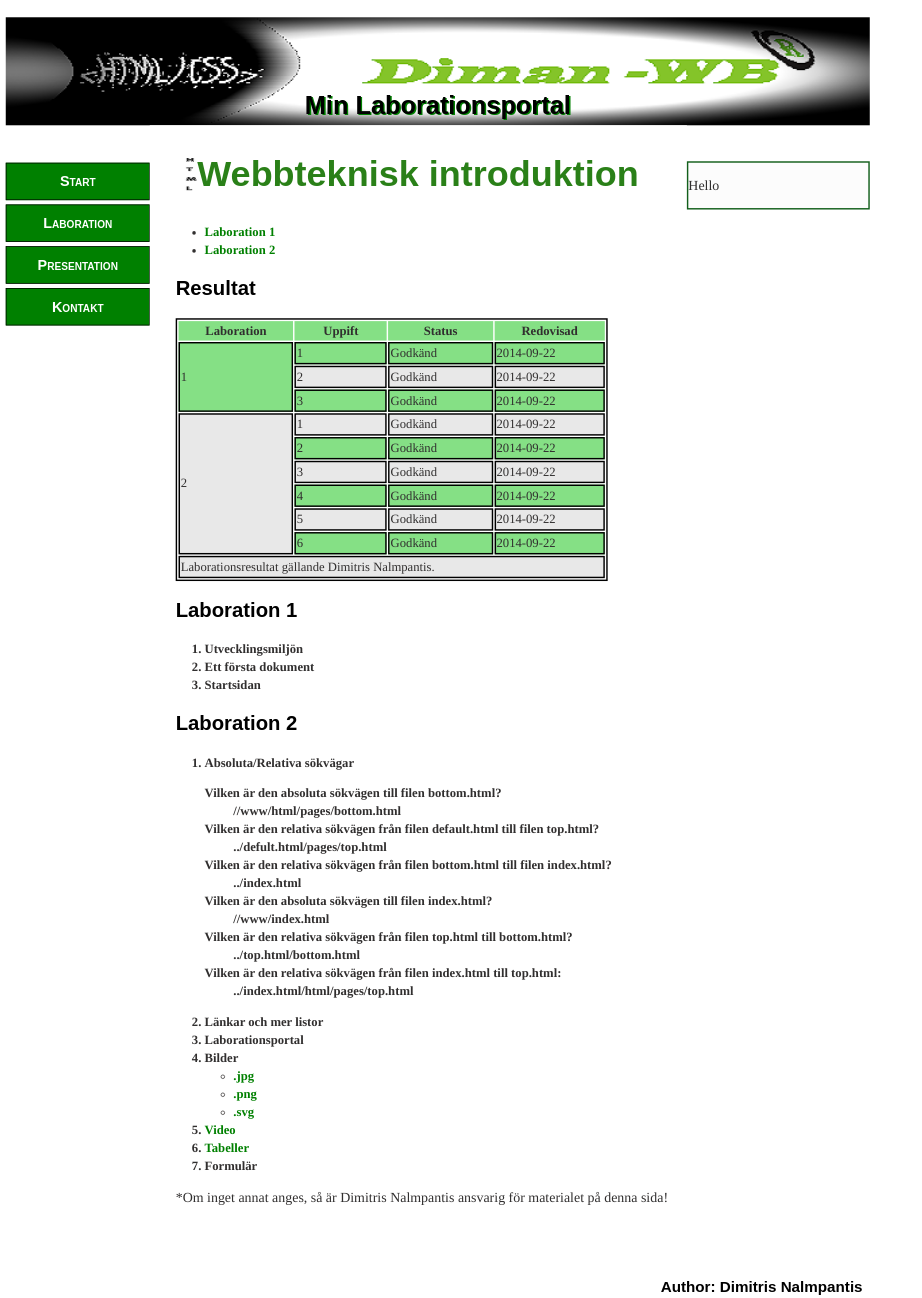
Repository: dn222em/1ik415-laborationer
Page: pages/laborationer.html
The author's editor kept a record of every edit. The page is drawn from the files as they stood at one moment, then again after the next edit.
The browser window is 1280 px wide. The pictures show the whole page, at 72% of full size.

Above is the page before.

### pages/laborationer.html
<!doctype html>
<html lang="sv">
	<head>
		<meta charset="utf-8" />
			<title>Laborationer</title>
				<link rel="stylesheet" href="../CSS/style.css"/>
	</head>
		<body>
<div id="container">
	<div id="top">

		<h1 id="title">Min Laborationsportal</h1>
	</div>

	<div id="navigation">
		<ul class="menu">
			<li><a href="../index.html" class="active">Start</a></li>
			<li><a href="../pages/laborationer.html" class="active">Laboration</a></li>
			<li><a href="../pages/Presentation.html" class="active">Presentation</a></li>
			<li><a href="../pages/Kontakt.html" class="active">Kontakt</a></li>
		</ul>
	</div>
	<div id="content">
				<h2 class="minilogo">Webbteknisk introduktion</h2>

	    			<ul>
	    			    <li><a href="#one">Laboration 1</a></li>
	    			    <li><a href="#two">Laboration 2</a></li>
	    			</ul>
				<h3><a id="tabell-1">Resultat</a></h3>
	    			<table class="tables">
	    			<thead>
	    				<tr class="single">
	    					<th>Laboration</th>
	    					<th>Uppift</th>
	    					<th>Status</th>
	    					<th>Redovisad</th>
	    				</tr>
					</thead>
					<tfoot>
	    				<tr class="doubbel">
	    					<td colspan="4">
	    						Laborationsresultat gällande Dimitris Nalmpantis.
	    					</td>
	    				</tr>
	    			</tfoot>
	    			<tbody>
	    				<tr class="single">
	    					<td rowspan="3"> 1 </td>
	    					<td>1</td>
	    					<td>Godkänd</td>
	    					<td>2014-09-22</td>
	    				</tr>
	    				<tr class="doubbel">
	    					<td>2</td>
	    					<td>Godkänd</td>
	    					<td>2014-09-22</td>
	    				</tr>
	    				<tr class="single">
	    					<td>3</td>
	    					<td>Godkänd</td>
	    					<td>2014-09-22</td>
	    				</tr>
	    				<tr class="doubbel">
	    					<td rowspan="6"> 2</td>
	    					<td>1</td>
	    					<td>Godkänd</td>
	    					<td>2014-09-22</td>
	    				</tr>
						<tr class="single">
	    					<td>2</td>
	    					<td>Godkänd</td>
	    					<td>2014-09-22</td>
	    				</tr>
						<tr class="doubbel">
	    					<td>3</td>
	    					<td>Godkänd</td>
						<td>2014-09-22</td>
	    				</tr>
						<tr class="single">
	    					<td>4</td>
	    					<td>Godkänd</td>
						<td>2014-09-22</td>
	    				</tr>
						<tr class="doubbel">
	    					<td>5</td>
	    					<td>Godkänd</td>
							<td>2014-09-22</td>
	    				</tr>
						<tr class="single">
	    					<td>6</td>
	    					<td>Godkänd</td>
	    					<td>2014-09-22</td>
	    				</tr>
					</tbody>
	    			</table>
	    	<h3> <a id="one">Laboration 1</a></h3>

	    	        <ol>
	    	        	<li>Utvecklingsmiljön</li>
	    	        	<li>Ett första dokument</li>
	    	        	<li>Startsidan</li>
	    	        </ol>

	    	<h3> <a id="two">Laboration 2</a></h3>

	    	       	<ol>
						<li>Absoluta/Relativa sökvägar
							<dl>
							<dt> Vilken är den absoluta sökvägen till filen bottom.html?</dt>
								<dd>//www/html/pages/bottom.html</dd>
							<dt>Vilken är den relativa sökvägen från filen default.html till filen top.html?</dt>
								<dd>../defult.html/pages/top.html</dd>
							<dt>Vilken är den relativa sökvägen från filen bottom.html till filen index.html?</dt>
								<dd>../index.html</dd>
							<dt>Vilken är den absoluta sökvägen till filen index.html?</dt>
								<dd>//www/index.html</dd>
							<dt>Vilken är den relativa sökvägen från filen top.html till bottom.html?</dt>
								<dd>../top.html/bottom.html</dd>
							<dt>Vilken är den relativa sökvägen från filen index.html till top.html:</dt>
								<dd>../index.html/html/pages/top.html</dd>
							</dl>
						<li>Länkar och mer listor</li>
						<li>Laborationsportal</li>
						<li>Bilder
							<ul>
								<li><a href="Presentation.html#bild">.jpg</a></li>
								<li><a href="../index.html#logo">.png</a></li>
								<li><a href="../index.html#svg1">.svg</a></li>
							</ul>
						<li><a href="../index.html#animals">Video</a></li>
						<li><a href="#tabell-1">Tabeller</a></li>
						<li>Formulär</li>
	    	        </ol>

	    	<p>*Om inget annat anges, så är Dimitris Nalmpantis ansvarig för materialet på denna sida!</p>
	</div>

	<div id="sidebar">
		<p>Hello</p>
	</div>
	<div id="footer">
	    <h6>Author: Dimitris Nalmpantis</h6>
	</div>
</div>
	</body>
</html>

### CSS/style.css

/*Layout
 Using: Two columns floating layout
Total width: 1100px
-----------------------------------------------------------------------------------------------------------*/
/*Container white (#FFFFF)
*Top -  green { #125F1B } --> Title( #2A8018)
*Navigation green
*Content - #FFFFF
*footer-white { #fff }
*Siderbar #fcfcfc (white.gray)

------------------------------------------------------------------*/
#container {
width: 1200px;
background-color:white;
margin-right:0px;
margin-left:0px;
position:relative;


}

/*Top
-------------------------------------------------------------------*/
#top {

	height: 150px;
	background-color: #125F1B;
	background: url('../pics/logo.png') no-repeat; background-size:1200px 150px;

}

#title {
	font-family: "arial", "helvetica", "serif"; color: black;
	font-size:2em;
	text-shadow: 2px 2px green;
	text-align:center;
	padding-top: 90px;
}

/*Navigation -Menu
-------------------------------------------------------------------*/
#navigation {
	margin-top: 1px;
	width: 200px;	height:auto;
	float: left;
	background-color:#FFF;
	padding:0px;
	padding-top:50px;
}

/*Content
-------------------------------------------------------------------*/
#content {
	background-color: #FFF;
	width: 710px;
	margin-bottom: 20px;
	float: left;
	padding:0px;
	padding-left:36px;


}

/*Sidebar
-------------------------------------------------------------------*/
#sidebar {
	background-color: #fcfcfc;
	font-family: "arial", "helvetica", "sans-serif"; color: white;
	border: 2px solid #125F1B;
	margin-top: 50px;
	width: 250px;
	float: right;
	padding:0px;


}

/*Footer
--------------------------------------------------------------------*/
#footer {
clear:both;
padding:10px;
background-color:#fff;
color:white;
text-align:right;
height:60px;

}

/*Menu attributes
------------------------------------------------------*/
.menu {
	float:left;
	font-family: "arial", "helvetica", "serif"; font-variant:small-caps;
	font-size: 20px; font-weight:bold;
	margin-top:1px;
	margin-left:0px;
	padding:0px;

}

.menu li {
	text-decoration:none;
	list-style-type:none;
	height: 58px; line-height: 50px;
	padding-top:0px;	padding-left:0px;	padding-right:0px;

}
.menu li a {
	display:block;
	border:solid 1px black;	text-align:center;	width: 198px;
background-color:green; 	color:white;

}

.menu li a:visited{ color:white; background-color:green;}

.menu li a:active{ background-color:white;	color:black;}

.menu li a:hover{ background-color:white;color:green;}

.menu li a:focus { background-color:black;	color:green;}



/*Typografi
---------------------------------------------------------------------------------------------------------*/
/*Links
-------------------------------*/
a:link {color:green; text-decoration:none;}
a:visited {color:#CB29D5;} /*lila*/
a:hover{color:red;}
a:focus {color:blue;}
a:active{color:#29D17;} /*light-green*/

/*Headers
------------------------------*/
body {font-family :"times", "georgia", "serif", "Lucida Sans Unicode", "Lucida Grande";
	line-height: 25px; color: #312F2F; font-size: 1.1em; width:674px;}

h1, h2, h3, h4, h5, h6 {font-family: "arial", "tahoma", "helvetica", "san serif", "verdana";
font-weight:bold; color: #2A8018; line-height: 1.8em;  font-size: 1.8em;} /*tema-green*/

h2 {line-height: 28px;  font-size: 28px;}
h3 {line-height: 26px;  color:  black; font-size: 1.6em;}
h4 {line-height: 25px;  color:  black; font-size: 1.4em;}
h5 {line-height: 25px;  color:  black; font-size: 1.3em; text-transform:uppercase;}
h6 {line-height: 25px;  color:  black; font-size: 1.2em; font-weight:none;}

/*Body
-----------------------------*/
p {font-family :"times", "georgia", "serif", "Lucida Sans Unicode", "Lucida Grande";
			line-height: 25px; color: #312F2F; font-size: 1.1em; 	} /*grey-black*/

#content ol, ul{font-family: "arial", "tahoma", "helvetica", "san serif", "verdana";
			line-height: 25px; color: #4829D1; font-size: 1em;}

#content li, dl, dt  {font-family :"times", "georgia", "serif", "Lucida Sans Unicode", "Lucida Grande";
			line-height: 25px; color: #312F2F; font-size: 1em; font-weight:bold;}

/*Media
------------------------------*/
img { max-width:710px;}

video {max-width:710px;}

/*Speciall typografi- classes
-----------------------------*/
#special {font-family:"sans-serif"; font-size: 40px; font-weight:bold;}

#ps {text-align:right; font-family:"arial", "tahoma", "helvetica", "san serif", "verdana";
			font-size: 0.8em; }


/*Speciall media - classes
-----------------------------*/
.sociall {width: 350px; height: 250px;
	  background-image: url("pics/social-networks.jpg");
	  background-repeat:no-repeat;
	  background-size: 350px; float: right;
			border:solid 8px green;}

#bild  {width: auto; height: auto;
		 float: right;
			border:solid 8px green;
			max-width:100%;
			max-height:auto;}

.minilogo { background-image:url("pics/minilogob.jpg"); /*minilogo på första titeln*/
		background-repeat: no-repeat;/* repeat, repeat-x, repeat-y */
		background-position: top left; /* right, bottom, center ... */
		background-size: 40px 50px;
		text-indent: 30px;
		font-size: 50px;
		line-height:53px;}

		.ram {border-style:double; background-color: rgb(194, 187, 187);
			margin:20px; border-width:8px; padding:20px; }

		.right{width: 250px; height: 250px;
		 float: right;
			border:solid 2px olive;}



/*Speciall tabeller- classes
-----------------------------*/

.tables, td {border:2px solid black; width: 600px; height:auto;}

.single{background-color: rgb(133, 224, 133);}

.doubbel{background-color:rgb(232, 232, 232);}

After the next edit:
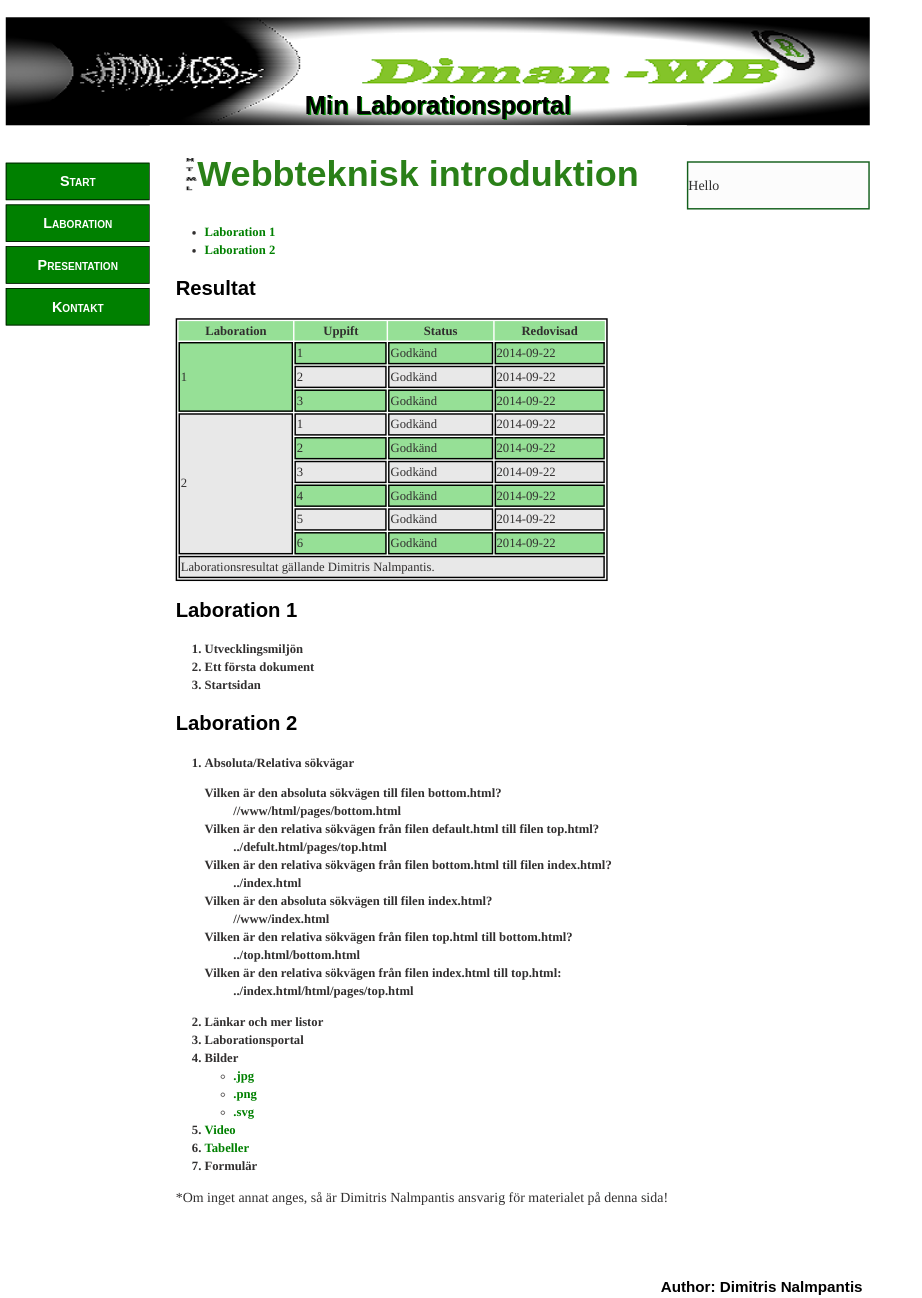
The edit:
--- a/CSS/style.css
+++ b/CSS/style.css
@@ -210,6 +210,6 @@
 
 .tables, td {border:2px solid black; width: 600px; height:auto;}
 
-.single{background-color: rgb(133, 224, 133);}
+.single{background-color: rgb(150, 224, 150);}
 
 .doubbel{background-color:rgb(232, 232, 232);}
